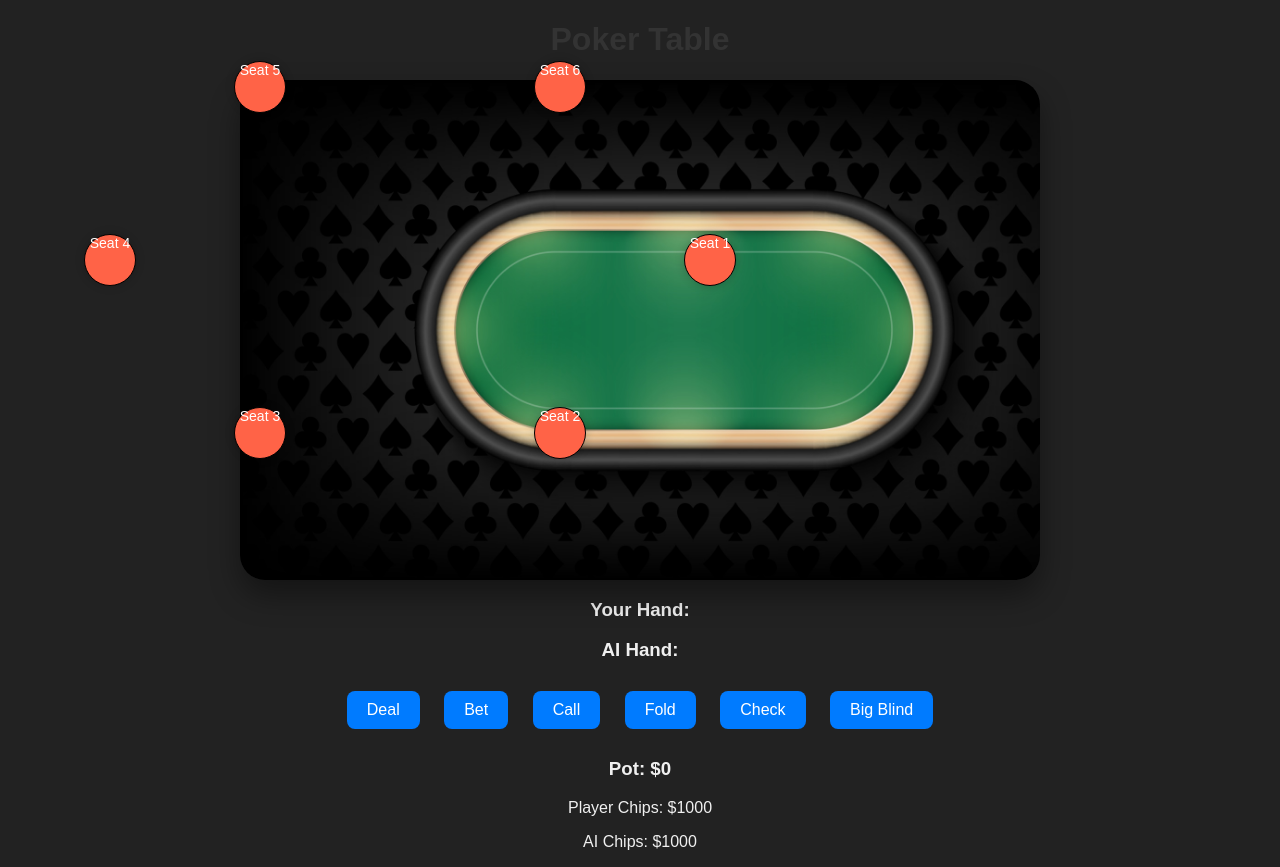
Repository: KidBillionaire/newapp
Page: public/playTable.html
An editor plug-in stored every save of this project. The page is shown before and after the next save, followed by the edit.
The browser window is 1280 px wide. The pictures show the whole page.

Above is the page before, as saved 2024-10-11 00:35:33.

### public/playTable.html
<!DOCTYPE html>
<html lang="en">
<head>
    <meta charset="UTF-8">
    <meta name="viewport" content="width=device-width, initial-scale=1.0">
    <title>Play Poker Table</title>
    <link rel="stylesheet" href="styles.css">
    <style>
        body {
            font-family: Arial, sans-serif;
            background-color: #222;
            color: #f0f0f0;
        }
        .container {
            width: 80%;
            margin: auto;
            text-align: center;
        }
        .seat {
            width: 50px;
            height: 50px;
            background-color: #ff6347;
            border-radius: 50%;
            display: inline-block;
            margin: 10px;
            cursor: pointer;
            position: absolute;
        }
        .seat.occupied {
            background-color: #4caf50;
        }
        #pokerTableContainer {
            width: 800px;
            height: 500px;
            background-image: url('/images/vecteezy_poker-table-green-cloth-on-dark-background-vector-illustration_6325236.jpg');
            background-size: cover;
            border-radius: 25px;
            position: relative;
            margin: auto;
        }
        #communityCardsContainer {
            display: flex;
            justify-content: center;
            margin-top: 20px;
        }
        .community-card {
            width: 60px;
            height: 80px;
            background: #fff;
            border: 2px solid #333;
            margin: 0 5px;
            display: flex;
            align-items: center;
            justify-content: center;
        }
    </style>
</head>
<body>
    <div class="container">
        <h1 id="tableNameHeading">Poker Table</h1>

        <!-- Poker Table Container -->
        <div id="pokerTableContainer">
            <div id="communityCardsContainer">
                <div class="community-card" id="card1"></div>
                <div class="community-card" id="card2"></div>
                <div class="community-card" id="card3"></div>
                <div class="community-card" id="card4"></div>
                <div class="community-card" id="card5"></div>
            </div>
        </div>

        <!-- Player Hand and AI Hand Containers -->
        <div id="playerHandContainer">
            <h3>Your Hand:</h3>
            <div id="playerHand" class="hand-container"></div>
        </div>
        <div id="aiHandContainer">
            <h3>AI Hand:</h3>
            <div id="aiHand" class="hand-container"></div>
        </div>

        <!-- Action Buttons -->
        <div id="actionsContainer">
            <button id="dealButton">Deal</button>
            <button id="betButton" disabled>Bet</button>
            <button id="callButton" disabled>Call</button>
            <button id="foldButton" disabled>Fold</button>
            <button id="checkButton" disabled>Check</button>
            <button id="bigBlindButton">Big Blind</button>
        </div>

        <!-- Player Information and Pot Display -->
        <div id="playerInfo">
            <h3 id="currentPot">Pot: $0</h3>
            <p id="playerChips">Player Chips: $1000</p>
            <p id="aiChips">AI Chips: $1000</p>
        </div>

        <!-- Seats Container -->
        <div id="seatsContainer">
            <div class="seat" data-seat="1">Seat 1</div>
            <div class="seat" data-seat="2">Seat 2</div>
            <div class="seat" data-seat="3">Seat 3</div>
            <div class="seat" data-seat="4">Seat 4</div>
            <div class="seat" data-seat="5">Seat 5</div>
            <div class="seat" data-seat="6">Seat 6</div>
        </div>
    </div>

    <!-- JavaScript for Game Logic -->
    <script>
        // Grab references to HTML elements
        const pokerTableContainer = document.getElementById('pokerTableContainer');
        const dealButton = document.getElementById('dealButton');
        const bigBlindButton = document.getElementById('bigBlindButton');
        const currentPotDisplay = document.getElementById('currentPot');
        const playerChipsDisplay = document.getElementById('playerChips');
        const aiChipsDisplay = document.getElementById('aiChips');
        const communityCards = document.querySelectorAll('.community-card');
        const seats = document.querySelectorAll('.seat');

        // Game State Variables
        let playerChips = 1000;
        let aiChips = 1000;
        let pot = 0;
        let playerHand = [];
        let aiHand = [];
        let currentCardIndex = 0; // Start at 0 since no cards are dealt initially
        let currentUserId = null; // Variable to store the current user's ID
        const players = {}; // Store player information
        const tableId = '6708cfd95b4de1afc384c04f'; // Hardcoded table ID

        // Function to set the current user ID
        function setCurrentUser(userId) {
            currentUserId = userId;
        }

        // Function to update all chips and pot display
        function updateChipsDisplay() {
            currentPotDisplay.textContent = `Pot: $${pot}`;
            playerChipsDisplay.textContent = `Player Chips: $${playerChips}`;
            aiChipsDisplay.textContent = `AI Chips: $${aiChips}`;
        }

        // Position the seats in an oval shape
        function positionSeats() {
            const numSeats = seats.length;
            const xRadius = 300; // X-axis radius for the oval
            const yRadius = 200; // Y-axis radius for the oval
            const centerX = pokerTableContainer.offsetWidth / 2;
            const centerY = pokerTableContainer.offsetHeight / 2;

            for (let i = 0; i < numSeats; i++) {
                const seat = seats[i];
                const angle = (i / numSeats) * (2 * Math.PI);
                const x = centerX + xRadius * Math.cos(angle) - (seat.offsetWidth / 2);
                const y = centerY + yRadius * Math.sin(angle) - (seat.offsetHeight / 2);

                seat.style.position = 'absolute';
                seat.style.left = `${x}px`;
                seat.style.top = `${y}px`;
            }
        }

        // Initial position of the seats
        positionSeats();

        // Function to handle the Big Blind action
        bigBlindButton.addEventListener('click', function() {
            const bigBlindAmount = 10; // Example big blind amount
            if (playerChips < bigBlindAmount) {
                alert('Not enough chips for the big blind!');
                return;
            }
            playerChips -= bigBlindAmount; // Subtract from player chips
            pot += bigBlindAmount; // Add to pot
            updateChipsDisplay(); // Update pot and chip display

            // Deal community cards after placing the big blind
            dealCommunityCards();
        });

        // Function to deal community cards
        function dealCommunityCards() {
            // Show the flop cards (first three community cards)
            setTimeout(() => {
                revealCommunityCards([0, 1, 2]); // Show first three cards
            }, 1000);
            // Optionally reveal turn and river after more time
            setTimeout(() => {
                revealCommunityCards([3, 4]); // Show turn and river
            }, 2000);
        }

        // Function to reveal specific community cards
        function revealCommunityCards(indices) {
            indices.forEach(index => {
                const card = randomCard(); // Deal the card
                communityCards[index].textContent = card; // Display the card
                communityCards[index].classList.add('deal'); // Show animation
            });
        }

        // Simple random card generator
        function randomCard() {
            const suits = ['♥', '♦', '♣', '♠'];
            const values = ['2', '3', '4', '5', '6', '7', '8', '9', '10', 'J', 'Q', 'K', 'A'];
            const suit = suits[Math.floor(Math.random() * suits.length)];
            const value = values[Math.floor(Math.random() * values.length)];
            return `${value}${suit}`;
        }

        // Handle seat click to add players
        seats.forEach(seat => {
            seat.addEventListener('click', handleSeatClick);
        });

        function handleSeatClick(event) {
            const seat = event.target;
            if (seat.classList.contains('occupied')) return;

            const seatNumber = seat.getAttribute('data-seat');
            const playerName = prompt('Enter player name:');
            if (playerName && currentUserId) {
                seat.textContent = playerName;
                seat.classList.add('occupied');
                players[seatNumber] = { name: playerName, chips: 1000, seat: seatNumber };
                addPlayerToTable(currentUserId, seatNumber); // Add player to table via API
                updateBettingControls(); // Show betting controls when a player is seated
            } else if (!currentUserId) {
                alert('User ID is not set. Please log in first.');
            }
        }

        // Function to add player to the table via API call
        function addPlayerToTable(userId, seatNumber) {
            fetch(`http://localhost:3000/tables/${tableId}/addPlayer`, {
                method: 'POST',
                headers: {
                    'Content-Type': 'application/json',
                },
                body: JSON.stringify({
                    userId: userId,
                    seatNumber: seatNumber,
                    chips: 1000,
                }),
            })
            .then(response => {
                if (!response.ok) {
                    throw new Error('Failed to add player to the table');
                }
                return response.json();
            })
            .then(data => {
                console.log('Player added:', data);
            })
            .catch(error => {
                console.error('Error adding player:', error);
            });
        }

        // Example usage of setting the user ID when logging in
        setCurrentUser('6708c42b5b4de1afc384c02e'); // Replace with actual user ID after login
    </script>
</body>
</html>

### public/styles.css
/* Root Variables */
:root {
    --primary-color: #333;
    --secondary-color: #007BFF;
    --background: #f7f9fc;
    --highlight-color: #ff6347;
}

/* General Body Styles */
body {
    font-family: Arial, sans-serif;
    background: var(--background);
    color: var(--primary-color);
    margin: 0;
    display: flex;
    justify-content: center;
    align-items: center;
    height: 100vh;
}

/* Typography */
h1 {
    text-align: center;
    color: var(--primary-color);
}

.montserrat-title,
.montserrat-body {
    font-family: 'Montserrat', sans-serif;
}

.montserrat-title {
    font-weight: 700;
}

.montserrat-body {
    font-weight: 400;
}

/* Button Styles */
button {
    display: inline-block;
    margin: 10px;
    padding: 10px 20px;
    font-size: 16px;
    background-color: var(--secondary-color);
    color: white;
    border: none;
    border-radius: 8px;
    cursor: pointer;
    transition: background-color 0.3s ease-in-out, transform 0.2s;
}

button:hover {
    background-color: #555;
}

/* Action Container */
#actionsContainer {
    text-align: center;
    margin-top: 20px;
}

#dealCardsButton {
    width: 200px;
    margin: 20px auto;
    padding: 10px;
    font-size: 18px;
    cursor: pointer;
    text-align: center;
    border: none;
    background: var(--primary-color);
    color: var(--highlight-color);
    border-radius: 8px;
    transition: background 0.3s ease-in-out, transform 0.2s;
}

#dealCardsButton:hover {
    background: var(--highlight-color);
    color: var(--primary-color);
    transform: scale(1.1);
}

/* Table Styles */
#userTable {
    width: 80%;
    margin: 0 auto;
    border-collapse: collapse;
}

#userTable th, #userTable td {
    border: 1px solid #ddd;
    padding: 8px;
    text-align: center;
}

#userTable th {
    background-color: var(--primary-color);
    color: rgb(81, 14, 14);
}

/* Profile Settings Section */
#profileSettings {
    margin: 20px auto;
    width: 50%;
    border: 1px solid #ddd;
    padding: 20px;
    background-color: #fff;
    box-shadow: 0 0 10px rgba(0, 0, 0, 0.1);
}

#profileSettings label {
    display: inline-block;
    width: 150px;
}

#profileSettings input {
    width: calc(100% - 160px);
    padding: 8px;
    margin: 8px 0;
}

#profileSettings button {
    width: 100%;
    padding: 10px;
}

/* Create Poker Table Page */
.create-table-page {
    background: url('images/vecteezy_poker-table-green-cloth-on-dark-background-vector-illustration_6325236.jpg') center/cover no-repeat;
    background-attachment: fixed;
    height: 100vh;
    display: flex;
    justify-content: center;
    align-items: center;
    position: relative;
}

.create-table-page::after {
    content: '';
    position: absolute;
    top: 0;
    left: 0;
    width: 100%;
    height: 100%;
    background: rgba(255, 255, 255, 0.5);
    z-index: -1;
}

/* Poker Table Container */
#pokerTableContainer {
    width: 800px;
    height: 500px;
    margin: 30px auto;
    background-image: url('/images/vecteezy_poker-table-green-cloth-on-dark-background-vector-illustration_6325236.jpg');
    background-size: cover;
    border-radius: 50% / 25%;
    box-shadow: 0 15px 30px rgba(0, 0, 0, 0.4);
    position: relative;
}

/* Poker Table Elements */
#pokerTable {
    width: 500px;
    height: 500px;
    border-radius: 50%;
    background: var(--background);
    box-shadow: 0 0 20px rgba(0, 0, 0, 0.5);
}

/* Seat Styles */
.seat {
    width: 60px;
    height: 60px;
    border-radius: 50%;
    background-color: var(--primary-color);
    color: white;
    position: absolute;
    display: flex;
    justify-content: center;
    align-items: center;
    font-size: 14px;
    cursor: pointer;
    box-shadow: 0 0 10px rgba(0, 0, 0, 0.2);
    transition: background 0.3s ease;
}

.seat:hover {
    background-color: var(--highlight-color);
}

/* Community Card Styles */
.community-card {
    width: 60px;
    height: 90px;
    background: linear-gradient(135deg, #ffffff, #e9e9e9);
    border-radius: 10px;
    border: 2px solid #333;
    box-shadow: 0 10px 25px rgba(0, 0, 0, 0.2), 0 5px 15px rgba(0, 0, 0, 0.1);
    display: flex;
    justify-content: center;
    align-items: center;
    color: #333;
    font-size: 24px;
    font-weight: bold;
    margin: 0 5px;
    transform: scale(0);
    transition: transform 0.5s ease, box-shadow 0.3s ease-in-out;
}

.community-card.deal {
    transform: scale(1);
}

/* Card Hover Styles */
.community-card:hover {
    box-shadow: 0 15px 35px rgba(0, 0, 0, 0.5), 0 8px 25px rgba(0, 0, 0, 0.2);
    transform: scale(1.05);
}

/* Style the seats */
.seat {
    width: 100px;
    height: 100px;
    border: 1px solid #000;
    margin: 10px;
    display: inline-flex;
    align-items: center;
    justify-content: center;
    cursor: pointer;
    background-color: #f3f3f3;
  }

  .seat:hover {
    background-color: #00cc44;
  }

  /* Modal Styles */
  .modal {
    display: none;
    position: fixed;
    z-index: 1;
    left: 0;
    top: 0;
    width: 100%;
    height: 100%;
    overflow: auto;
    background-color: rgb(0, 0, 0);
    background-color: rgba(0, 0, 0, 0.4);
  }

  .modal-content {
    background-color: #fefefe;
    margin: 15% auto;
    padding: 20px;
    border: 1px solid #888;
    width: 30%;
  }

  .close {
    color: #aaa;
    float: right;
    font-size: 28px;
    font-weight: bold;
  }

  .close:hover,
  .close:focus {
    color: black;
    text-decoration: none;
    cursor: pointer;
  }

After the next save:
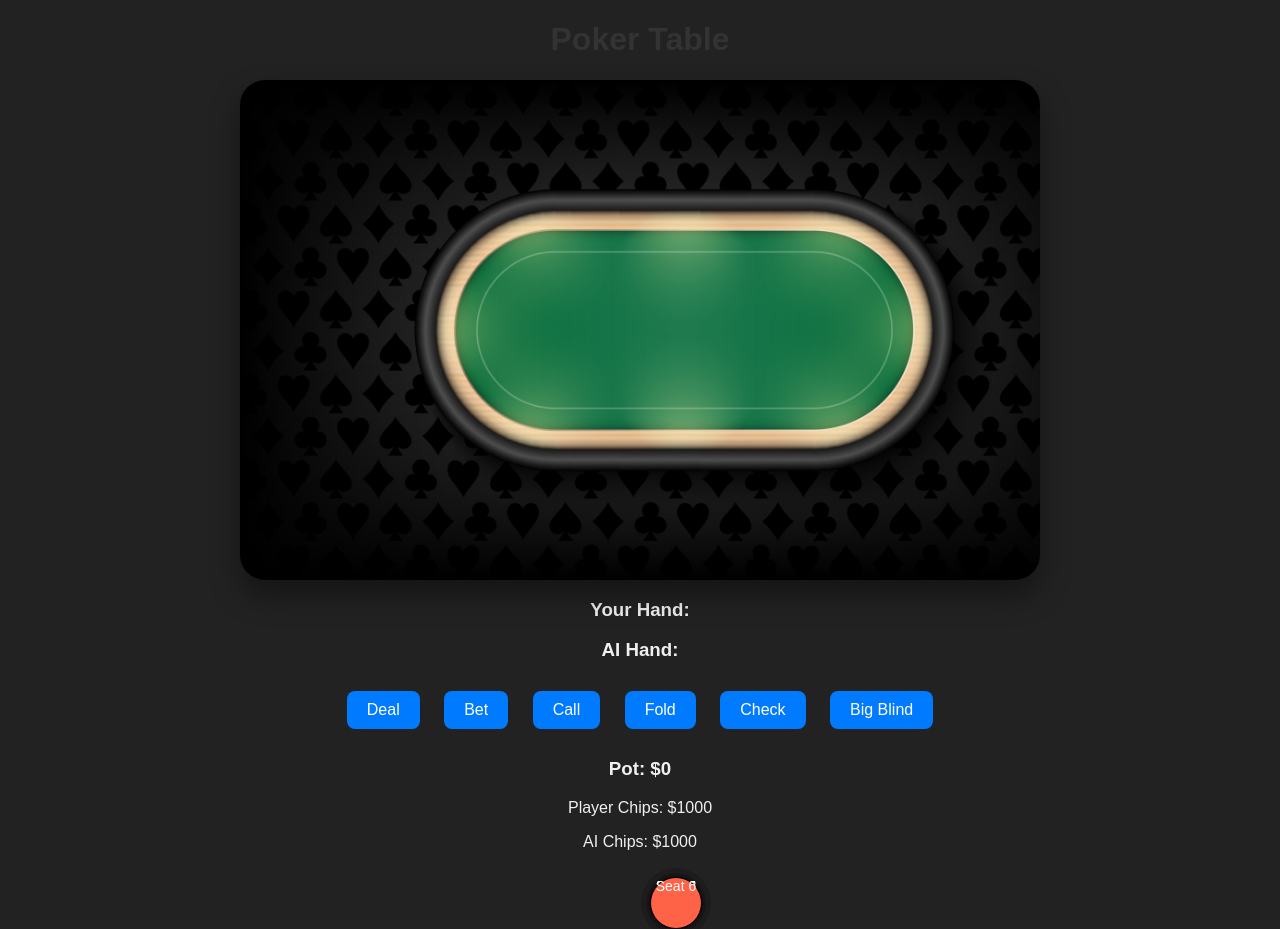
Console error: SyntaxError: Identifier 'playerChips' has already been declared
Saved 3 min 10 s later.
--- a/public/playTable.html
+++ b/public/playTable.html
@@ -262,6 +262,117 @@
 
         // Example usage of setting the user ID when logging in
         setCurrentUser('6708c42b5b4de1afc384c02e'); // Replace with actual user ID after login
+
+        // Game State Variables
+let playerChips = 1000;
+let aiChips = 1000;
+let pot = 0;
+let playerHand = [];
+let aiHand = [];
+let currentCardIndex = 0; // Start at 0 for community cards
+let gameActive = false; // To check if the game is active
+const maxCards = 5; // Total community cards
+const delayTime = 2000; // Delay for AI decision (2 seconds)
+
+// Function to update all chips and pot display
+function updateChipsDisplay() {
+    currentPotDisplay.textContent = `Pot: $${pot}`;
+    playerChipsDisplay.textContent = `Player Chips: $${playerChips}`;
+    aiChipsDisplay.textContent = `AI Chips: $${aiChips}`;
+}
+
+// Function to handle the Big Blind posting
+function postBigBlind() {
+    const betAmount = 10; // Set the big blind amount
+    if (playerChips < betAmount) {
+        alert('Not enough chips to post the big blind!');
+        return;
+    }
+    playerChips -= betAmount;
+    pot += betAmount;
+    updateChipsDisplay();
+
+    // Call function to deal community cards
+    dealCommunityCards();
+}
+
+// Function to deal community cards
+function dealCommunityCards() {
+    dealButton.disabled = true; // Disable Deal button after dealing
+    currentCardIndex = 0; // Reset card index for a new round
+
+    // Show the flop cards (first three community cards)
+    setTimeout(() => {
+        revealCommunityCards([0, 1, 2]); // Show first three cards
+        enablePlayerActions(); // Enable player actions after flop
+    }, 1000);
+}
+
+// Function to reveal specific community cards
+function revealCommunityCards(indices) {
+    indices.forEach(index => {
+        const cardElement = document.getElementById(`card${index + 1}`);
+        cardElement.textContent = randomCard(); // Deal the card
+        cardElement.classList.add('deal'); // Show animation
+    });
+}
+
+// Function to handle player actions
+function enablePlayerActions() {
+    betButton.disabled = false;
+    foldButton.disabled = false;
+    checkButton.disabled = false;
+
+    // Disable action buttons for AI decision
+    setTimeout(() => {
+        disablePlayerActions(); // Disable player actions after delay
+        aiTakeAction(); // Trigger AI action
+    }, delayTime);
+}
+
+// Disable player actions after the decision is made
+function disablePlayerActions() {
+    betButton.disabled = true;
+    foldButton.disabled = true;
+    checkButton.disabled = true;
+}
+
+// AI decision logic
+function aiTakeAction() {
+    // Simple AI logic to decide to check or raise
+    const aiDecision = Math.random() > 0.5 ? 'raise' : 'check'; // Random decision for demonstration
+    if (aiDecision === 'raise') {
+        const aiBetAmount = 20; // AI raises
+        if (aiChips >= aiBetAmount) {
+            aiChips -= aiBetAmount;
+            pot += aiBetAmount;
+            alert(`AI raises by $${aiBetAmount}.`);
+        }
+    } else {
+        alert(`AI checks.`);
+    }
+    updateChipsDisplay();
+
+    // After AI's decision, check if the next community card can be dealt
+    currentCardIndex++;
+    if (currentCardIndex < maxCards) {
+        setTimeout(() => {
+            revealCommunityCards([currentCardIndex]); // Show next community card
+            enablePlayerActions(); // Enable player actions again
+        }, 1000);
+    } else {
+        showdown(); // All community cards dealt, go to showdown
+    }
+}
+
+// Function to handle showdown
+function showdown() {
+    alert(`Showdown! Your hand: ${playerHand.join(', ')}. AI hand: ${aiHand.join(', ')}. Total Pot: $${pot}`);
+}
+
+// Event Listeners
+bigBlindButton.addEventListener('click', postBigBlind);
+
     </script>
 </body>
 </html>

After the save that followed:
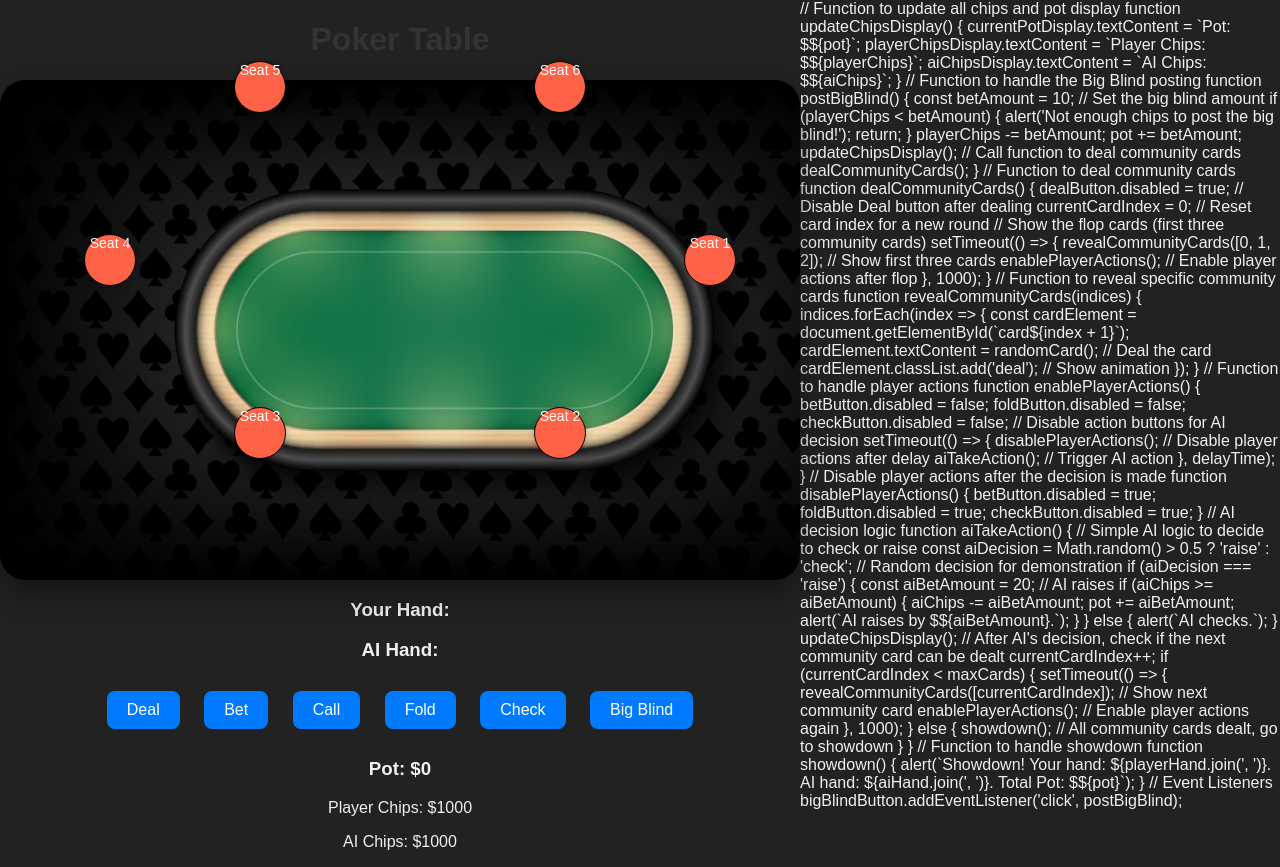
The error is gone.
Saved 18 s later.
--- a/public/playTable.html
+++ b/public/playTable.html
@@ -263,7 +263,11 @@
         // Example usage of setting the user ID when logging in
         setCurrentUser('6708c42b5b4de1afc384c02e'); // Replace with actual user ID after login
 
-        // Game State Variables
+
+    </script>
+</body>
+</html>
+// Game State Variables
 let playerChips = 1000;
 let aiChips = 1000;
 let pot = 0;
@@ -372,7 +376,3 @@
 
 // Event Listeners
 bigBlindButton.addEventListener('click', postBigBlind);
-
-    </script>
-</body>
-</html>
